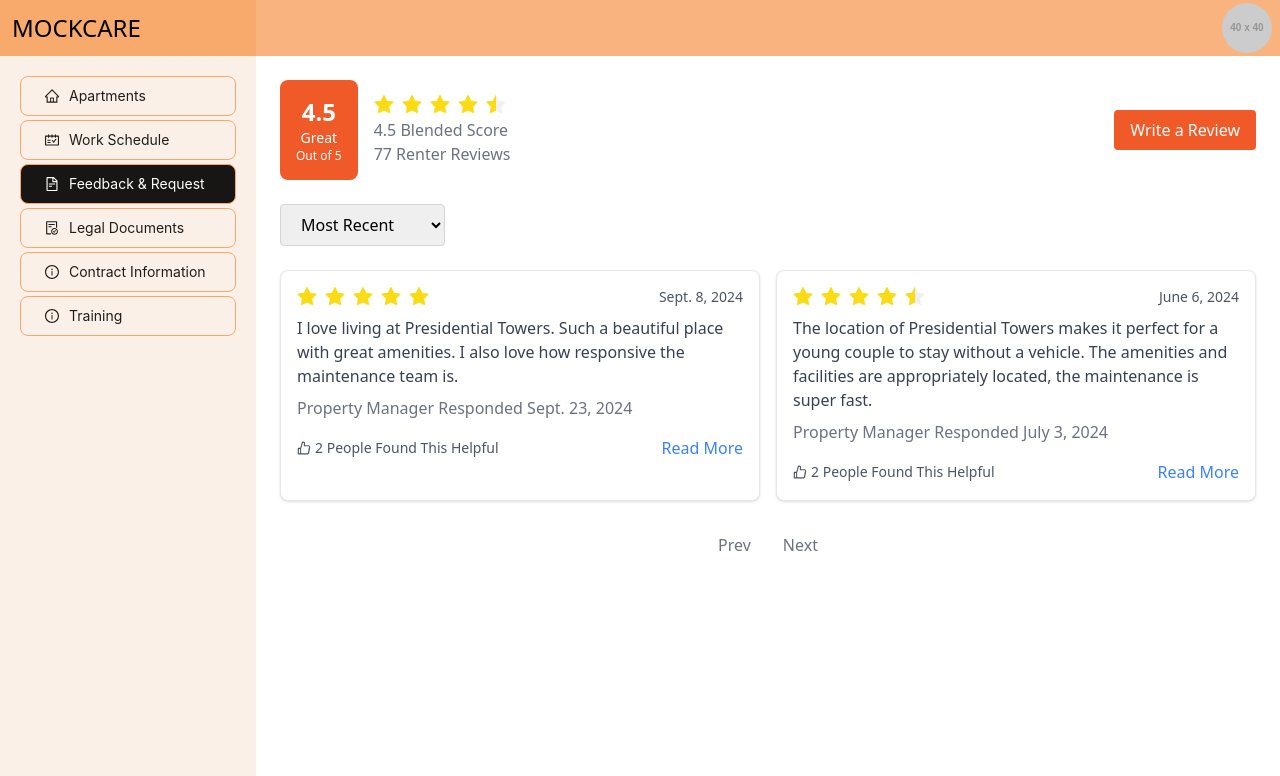
Repository: dunh-real/MockProject_102024_Nhom4
Page: / (app in frontend/)
An editor plug-in stored every save of this project. The page is shown before and after the next save, followed by the edit.
The browser window is 1280 px wide. The pictures show the whole page.
The project was rebuilt for these pictures with package versions that can differ from the ones it lists, and the page was loaded fresh each time. Also part of the build but not shown: frontend/vite.config.js, frontend/vite.config.ts, frontend/src/App.css, frontend/src/component/ReviewModal.tsx.

Above is the page before, as saved 2024-10-09 12:57:56.

After the next save:
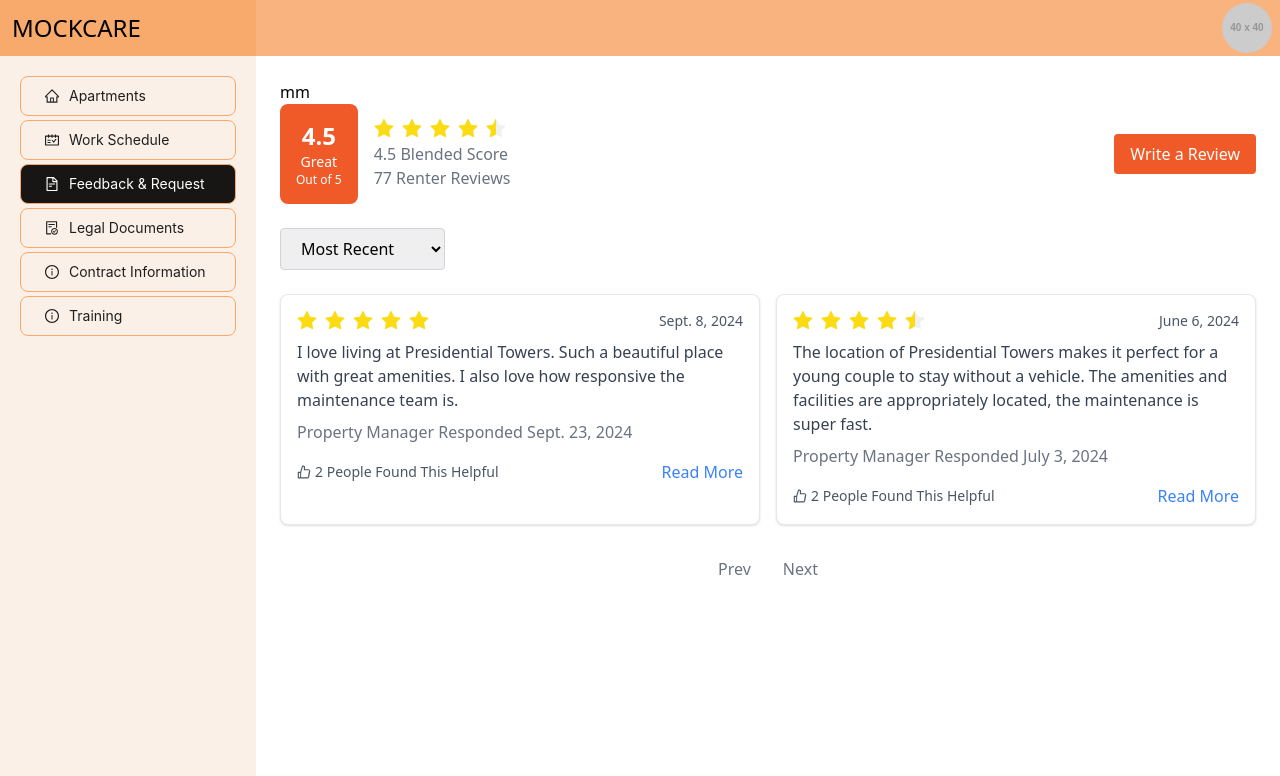
Saved 45 s later.
--- a/frontend/src/pages/Feedback&Request/Feedback&Request.tsx
+++ b/frontend/src/pages/Feedback&Request/Feedback&Request.tsx
@@ -58,6 +58,9 @@ const ReviewList: React.FC = () => {
             <div className="flex">
                 <Sidebar/>
                 <div className="w-4/5 p-6 bg-white">
+                <div>
+                    mm
+                </div>
                     <div className="flex justify-between items-center mb-6">
                         <div className="flex items-center">
                             <div className="bg-[#f05a28] text-white text-center p-4 rounded-lg">
